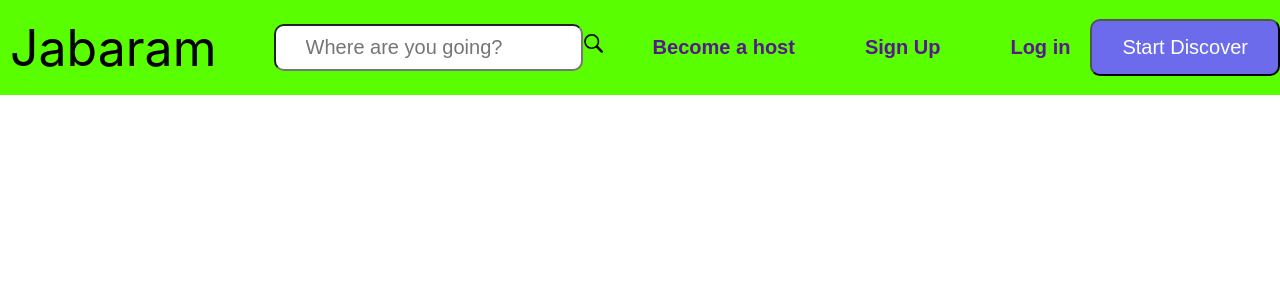
Repository: manahiang/Jabaram-web
Page: / (app in src/)
An editor plug-in stored every save of this project. The page is shown before and after a run of saves, followed by the edit.
The browser window is 1280 px wide. The pictures show the whole page.
The project was rebuilt for these pictures with package versions that can differ from the ones it lists, and the page was loaded fresh each time. Also part of the build but not shown: src/src/App.css.

Above is the page before, as saved 2022-11-30 09:45:30.

### src/src/index.css
body {
  margin: 0;
  padding: 0;
  font-family: -apple-system, BlinkMacSystemFont, 'Segoe UI', 'Roboto', 'Oxygen',
    'Ubuntu', 'Cantarell', 'Fira Sans', 'Droid Sans', 'Helvetica Neue',
    sans-serif;
  -webkit-font-smoothing: antialiased;
  -moz-osx-font-smoothing: grayscale;
}

code {
  font-family: source-code-pro, Menlo, Monaco, Consolas, 'Courier New',
    monospace;
}
.container{
  width: 100%;
  height: auto;
  background-color: rgb(227, 212, 194);
}
.header{
  max-width: 1780px;
  height: auto;
  background-color: rgb(89, 255, 0);
  margin: auto;
  display: flex;
  align-items: center;
  justify-content:space-between
}
.header ul li{
  display: inline-block;
  padding: 20px;
  margin-left: 20px;
  transition: all 0.5s;
}
.header ul li a{
  text-decoration: none;
  font-size: 20px;
  font-family:Arial, Helvetica, sans-serif;
  font-weight: 800;
 transition: all 0.5s;
 margin-left: 10px;
}
.header ul li:hover {
  color: rgb(41, 34, 34);
  background-color: rgb(195, 173, 173);
  border-radius: 10px;
}
.menu input{
  padding: 10px;
  outline: none;
  border-radius: 10px;
  padding-left: 30px;
  font-size: 20px;
}
.menu ul   button{
  font-size: 20px;
  background-color: rgb(107, 107, 235);
  color: white;
  padding: 15px;
  padding-left: 30px;
  padding-right: 30px;
  border-radius: 10px;
  outline: none;
  cursor: pointer;
}
.icon-search{
  font-size: 20px;
}
/* Logo */

.logo{
  margin-left: 10px;
  font-size: 50px;
  cursor: pointer;
}

### src/src/App.js

import './App.css';
import'./index.css';
import Header from './header';

function App() {
  return (
    <>
    <Header/>
    </>
  );
}

export default App;

### src/src/header.js
import React from 'react'
import { GoSearch } from "react-icons/go";

function Header() {
    return (
        <div className='container'>
            <div className='header'>
                <div className='logo'>Jabaram</div>
                <div className='menu'>
                    <ul>
                        <input placeholder='Where are you going?' />
                        <span className='icon-search'><GoSearch/></span>
                        <li><a href=''>Become a host</a></li>
                        <li><a href=''>Sign Up</a></li>
                        <li><a href=''>Log in</a></li>
                        <button>Start Discover</button>
                    </ul>
                </div>
            </div>
        </div>
    )
}

export default Header

Loaded but not shown: src/public/index.html (common file); src/src/index.js (common file); src/src/reportWebVitals.js (common file)

After the next 2 saves:
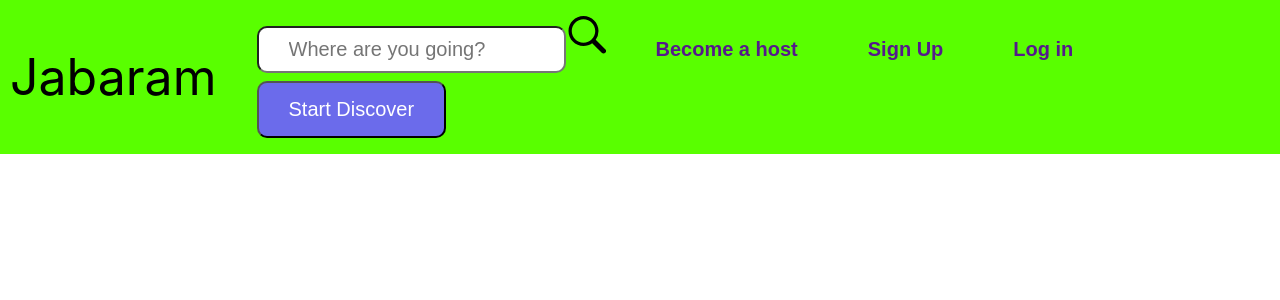
The 2 saves are shown as one change because they came seconds apart.
The last was saved 11 s later.
--- a/src/src/index.css
+++ b/src/src/index.css
@@ -64,7 +64,7 @@
   cursor: pointer;
 }
 .icon-search{
-  font-size: 20px;
+  font-size: 40px;
 }
 /* Logo */
 

After the save that followed:
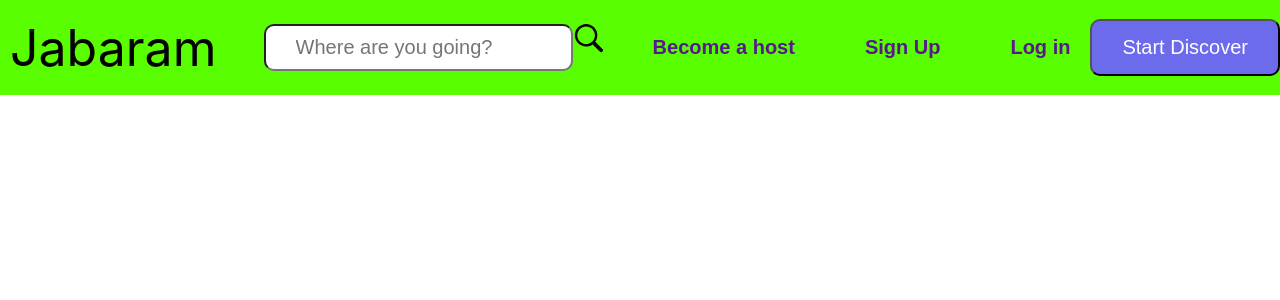
Saved 4 s later.
--- a/src/src/index.css
+++ b/src/src/index.css
@@ -64,7 +64,7 @@
   cursor: pointer;
 }
 .icon-search{
-  font-size: 40px;
+  font-size: 30px;
 }
 /* Logo */
 
